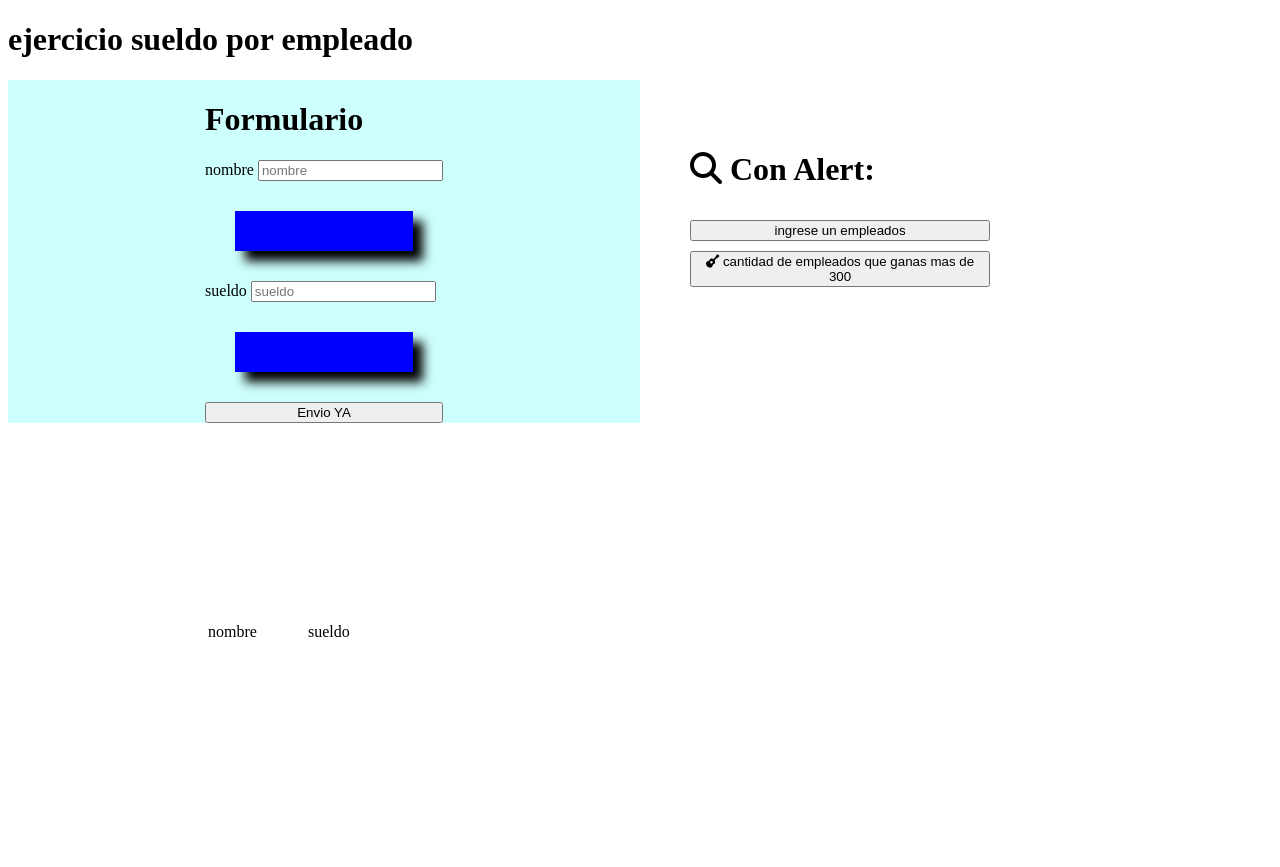
Repository: wolfmarcos/Ej-FormSesionEmpleados
Page: index.html
An editor plug-in stored every save of this project. The page is shown before and after the next save, followed by the edit.
The browser window is 1280 px wide. The pictures show the whole page.
Some web libraries are served in a nearby version.

Above is the page before, as saved 2022-07-31 04:42:49.

### index.html
<!DOCTYPE html>
<html lang="en">

<head>
    <script src="https://kit.fontawesome.com/708068a0d3.js" crossorigin="anonymous"></script>
    <meta charset="UTF-8">
    <meta http-equiv="X-UA-Compatible" content="IE=edge">
    <meta name="viewport" content="width=device-width, initial-scale=1.0">
    <link rel="stylesheet" href="ej1.css">

    <title>Document</title>
</head>


    <h1>ejercicio sueldo por empleado</h1>
<header>



    <form  class="forms"  id="form" name="form" method="post">

    <h1>Formulario</h1>

    <div class="h">
        <leibel>nombre</leibel>
        <input id="nombres" type="text" maxlengt="10" placeholder="nombre" class="i"></imput>
        <p class="nota"></p>

    </div>
       <div class="h">

           <leibel>sueldo</leibel>
           <input id="sueldos" type="text" maxlengt="19" placeholder="sueldo" class="i" ></imput>
           <p class="nota"></p>

       </div>


        <input type="submit" value="Envio YA">
            <!-- <button type="submit" >ENVIAR</button> -->


    </form>





<div class="alet">

       <h1><i class="fa-solid fa-magnifying-glass"></i> Con Alert:</h1>

    <button id="agregarHTML">ingrese un empleados</button>

    <button id="empleadosMas300">
        <i class="fa-solid fa-guitar"></i>
        cantidad de empleados que ganas mas de 300 </button>



</div>




</header>
<main>
    <div class="contenedorR">
        <div>nombre</div>
        <div>sueldo</div>
        <div class="datos"></div>

    </div>

</main>
    <script src="ej1.js"></script>
</body>

<div>
    <br>




</div>



</html>

### ej1.css
header {
  display: grid;
  grid-template-columns: repeat(2, 1fr);

}

.contenedorR {
  display: grid;
  grid-template-columns: repeat(2, 100px);
  /* gap:10px */
  padding: 200px;
}

/* .ok .nota{display: none;} */
/* .ok letra{  border-bottom: solid 1px rgb(14, 148, 34);box-shadow: 1px 1px 3px 1px green;} */


/* .b input{border-bottom: solid 2px rgb(0, 0, 0)} */

.forms {
  display: grid;
  justify-content: center;
  align-items: center;
background-color: rgb(205, 255, 253);

}
/* .forms .nota{visibility: hidden;} */

/* .forms  .nota{  background-color: blueviolet;  } */
.alet {
  display: flex;
  flex-direction: column;
  /* align-items: flex-start */
  max-width: 300px;
  padding: 50px;
  gap: 10px;
}
 /* .d.h.nota{visibility: hidden;} */
/* .b.borde{border-bottom: solid 5px brown;} */
.forms  .nota{
  background-color: blue;
  padding: 20px;
  margin: 30px;
  box-shadow: 10px 10px 10px;
  /* visibility: visible; */
  /* position: absolute;
  font-size: 20000px;
  font-weight: 500;
  text-align: right; */

}
 .h .v .nota{
  background-color: rgb(255, 68, 0)

  /* visibility: visible; */
}


/* .forms.ok input {  border: 0.1px solid;  border-color: #08ffc8;} */
/* .agrega  {  background-color: blueviolet;  visibility: visible;  color:#e74c3c;} */

### ej1.js
// En una empresa trabajan n empleados cuyos  nombre y sueldo se carga por un formulario desde el celular. sueldos oscilan entre $100 y $500,
//  realizar un programa que lea los sueldos que cobra cada empleado e informe cuántos empleados cobran menos de  $200  en una tabla y mas de $300  en otra tabla
//  recuerde cargar los datos como  un nuevo objeto. Además el programa deberá informar el importe que gasta la empresa en sueldos total del personal.
let aprobados = 0;
let i = 0;
let repeticion = true;
resu = document.querySelector(".contenedorR2")

datos = document.querySelector(".datos")
// let arrayDesaprobados = []
const empleados = [];
let resud = "";
let nombres = document.querySelector("#nombres");
let sueldos = document.querySelector("#sueldos");

// reseteo
const forms=document.querySelector(".forms")

// email.conten(/\w+@+\./)

valdarCampos = (nombres,sueldos) => {


    let declaracion = true
    console.log(nombres.value)

    if (!nombres.value) {
        declaracion =  formNul(nombres, "llene los campos")
    }
    if (!sueldos.value) {
        declaracion = formNul(sueldos, "ingrese una cifra")
    } else {
        if (!isNaN(sueldos)) {
            declaracion = formNul(sueldos, "no es numero")
        }
    }
    if (sueldos.value.length > 4) {
        declaracion = formNul(sueldos, "menos de 5 cifras")
    }
       if (nombres.value.length > 10) {
        declaracion = formNul(nombres, "menos de 10 caracteres")
    }
    if (nombres.value.length < 3) {
        declaracion = formNul(nombres, "mas de 3 caracteres")
    }
    // if (nombre.test(".")) {alert("NO")}else{     error=1}
    if (/^[a-zA-Z0-9\_\-]{4,16}$/.test(nombres.value))
     {
        console.log("correcto"+/^[a-zA-Z0-9\_\-]{4,16}$/.test(nombres.value)) }
       else{ console.log("incorrecto:" + /^[a-zA-Z0-9\_\-]{4,16}$/.test(nombres.value));
        declaracion = formNul(nombres, "solo letra y numeros ")
    }
    console.log(declaracion)

    return (true == declaracion)
}

formNul = (inputs, error) => {
    const suPadre = inputs.parentElement
    const donde = suPadre.querySelector("p")
    // const errores=0  .agrega p
    donde.innerText = error;

    // donde.className = 'agrega'
    // donde.classList.add("agrega")
    suPadre.classList.add("v")
    return false
}
// // const remover=document.querySelector(".forms div")
// let nr2=remover[0].children
// let nr1=remover[1].children




forms.addEventListener("submit", (e) => {
    let verifica=true
    // nr1[1].classList.replace("borde","b")
    //  nr2[1].classList.replace("borde","b")
    // forms.classList.remove("p")
    forms.className = 'forms h'

    //  forms.classList.add("p")
    // remover.classList.replace("borde","b")
    e.preventDefault();

     verifica = valdarCampos(nombres,sueldos);
    console.log("final :" + verifica)
    if (verifica) {
        nombre = nombres.value
        sueldo = sueldos.value


        //   empleados[i]=[nombre,sueldo,(i+"pepito") ] ;
        //  empleados[i].push(nombre,sueldo );


        //   localStorage
        empleados[i] = {
            nomebres: nombre,
            sueldos: sueldo,
            id: (i + "pepito")
        }
        sessionStorage.setItem(i, i++)
        sessionStorage.setItem('empleadoss', empleados)
        // repeticion=confirm("ingresar otro  empleado")
        //   Object.values()
        // empleados[0]=sessionStorage.getItem('empleadoss')


        console.log(empleados)
        console.log(sessionStorage.getItem(i))

        //  for (let cada of empleados){console.log(cada.sueldos);};
        //   localStorage.href="#"
        // location
        nombres.value="";
        sueldos.value="";
        // forms.classList.add("ok")
        // forms.classList.add("f")
    }
    // else {

    //     forms.classList.add("f")
    //   }








});







// let emp = new Empleados;
document.querySelector("#agregarHTML").addEventListener("click", (e) => {
    nombre = nombres.value
    sueldo = sueldos.value

    while (repeticion == true) {
        let nombre = prompt("empleado: ");
        let sueldo = parseInt(prompt("sueldo: "));
        //   empleados[i]=[nombre,sueldo,(i+"pepito") ] ;
        //  empleados[i].push(nombre,sueldo );
        empleados[i] = {
            nomebres: nombre,
            sueldos: sueldo,
            id: (i + "pepito")
        }
        i = i + 1;
        repeticion = confirm("ingresar otro  empleado")
    };
    //   Object.values()
    for (let cada of empleados) {
        console.log(cada.sueldos);
    };


});


// empleados.forEach( cada => console.log( cada["nomebres"]));


document.querySelector("#empleadosMas300").addEventListener("click", (e) => {
    console.log(typeof empleados[0].sueldos)
    const emas300 = empleados.filter((x) => x.sueldos > 300)
    console.log(emas300)
    for (let cada of emas300) {
        console.log(cada[1]);
    };


    for (n of emas300) {
        resud += `<div>${n.nomebres}</div>  <div>${n.sueldos}</div>`
        // '<div>'+n.nomebres+'</div>'+'<div>'+n.sueldos+'</div>'

        //     <div>${n.nomebres}</div>
        //      <div>${n.sueldos}</div>

        console.log(resud)

    }

    // datos.outerHTML=
    // `<div class="contenedorR">
    // <div>nombre</div>
    // <div>sueldo</div>
    // ${resud}
    // </div>`

    datos.outerHTML = resud;



})



// let sueldo= parseFloat(prompt("suldo: "));
//  new emp(nombre,sueldo)

// console.log("aprobaron: " + aprobados)
// console.log(arrayAprobados);
// console.log("desaprobaron: " + desaprobados)
// console.log(arrayDesaprobados);

After the next save:
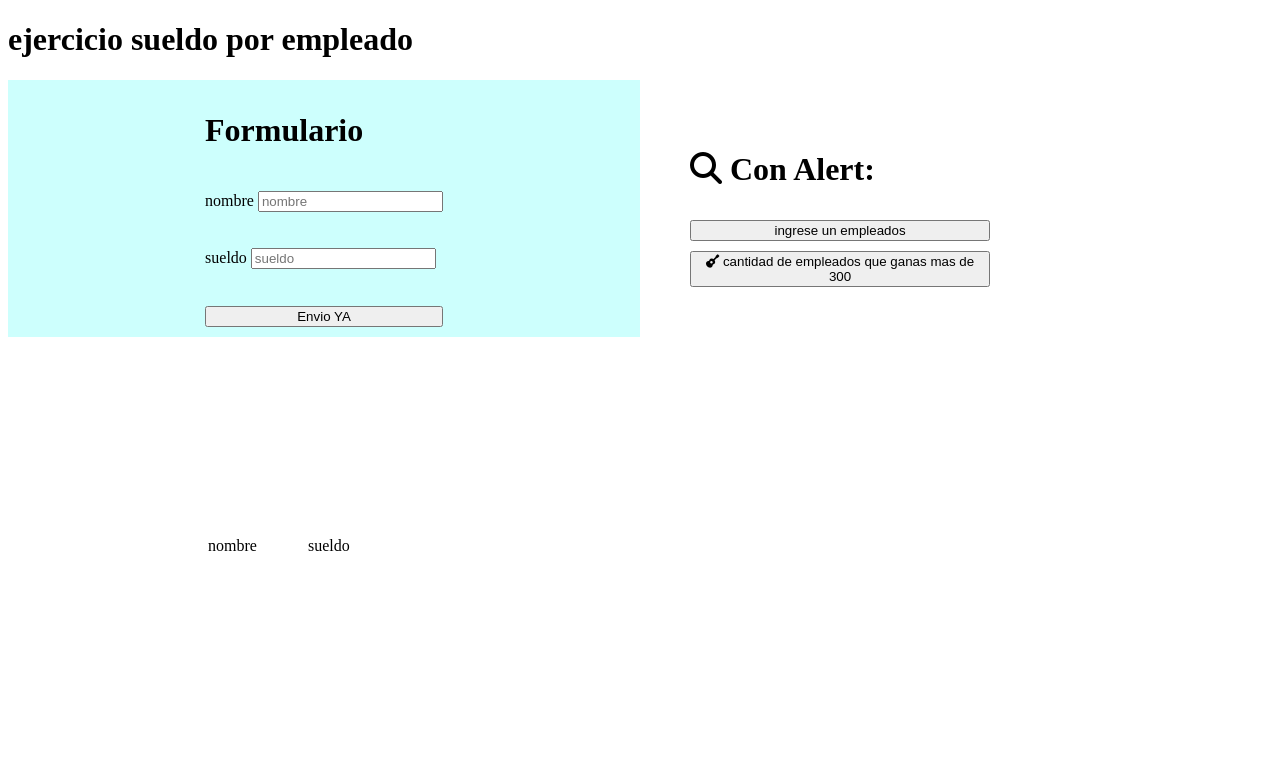
Saved 25 s later.
--- a/ej1.css
+++ b/ej1.css
@@ -37,7 +37,7 @@
 }
  /* .d.h.nota{visibility: hidden;} */
 /* .b.borde{border-bottom: solid 5px brown;} */
-.forms  .nota{
+.forms .v .nota{
   background-color: blue;
   padding: 20px;
   margin: 30px;

After the 3 saves that followed:
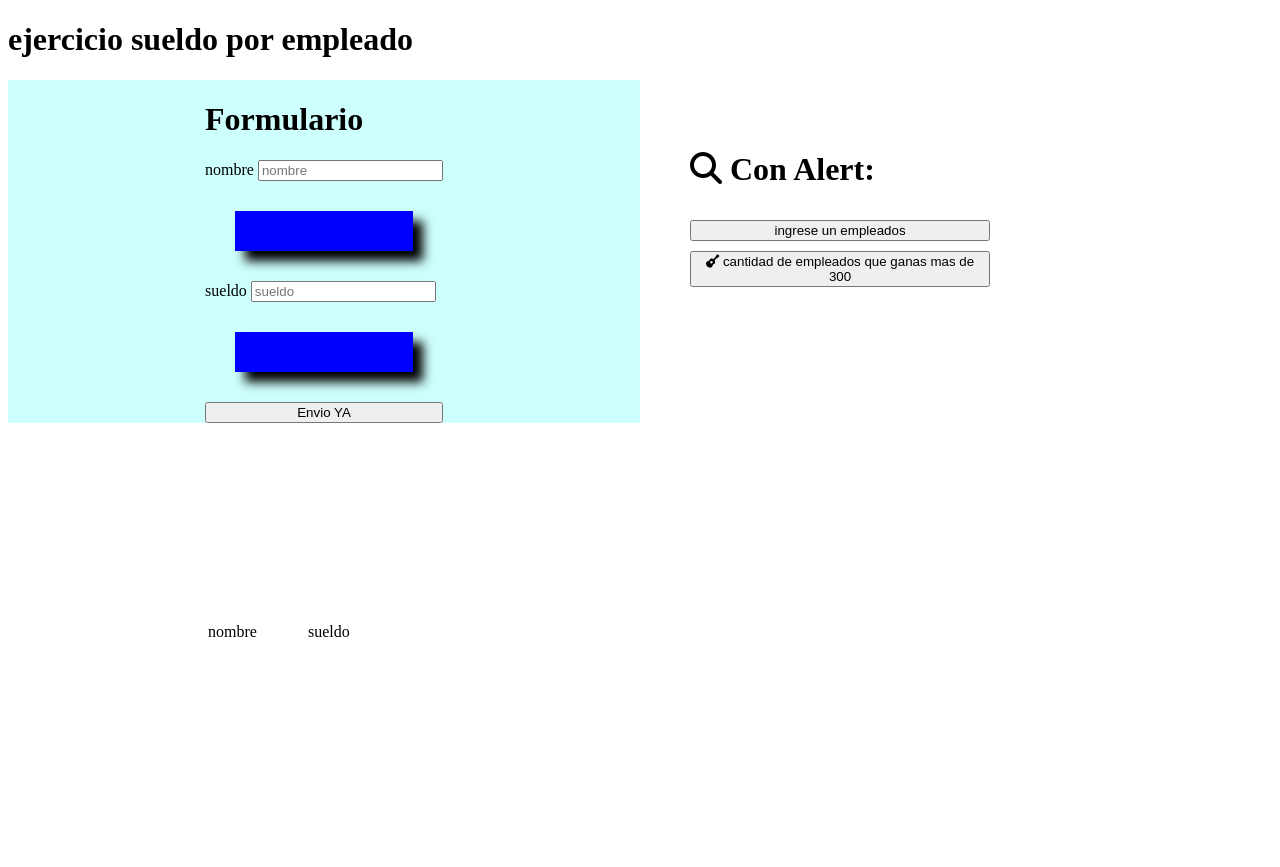
The 3 saves are shown as one change because they came seconds apart.
The last was saved 10 s later.
--- a/ej1.css
+++ b/ej1.css
@@ -37,7 +37,7 @@
 }
  /* .d.h.nota{visibility: hidden;} */
 /* .b.borde{border-bottom: solid 5px brown;} */
-.forms .v .nota{
+.forms .h .nota{
   background-color: blue;
   padding: 20px;
   margin: 30px;
